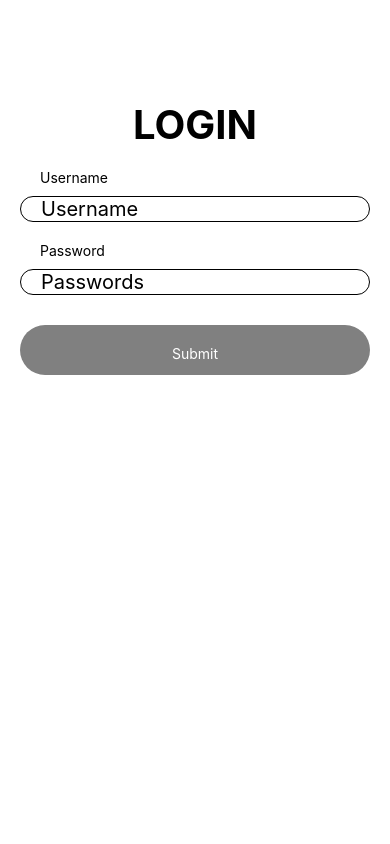
Repository: vietnguyenhoangw/ReactNative-FirstApplication
Screen: /
These files come from the project's save history. The screen is drawn as it stood at one moment and after the next save; the edit follows.
The app was drawn by React Native's web renderer in a window 390 px wide. The project was rebuilt for these pictures with package versions that can differ from the ones it lists, and the page was loaded fresh each time.

Above is the screen before, as saved 2019-12-11 09:49:53.

### App.js
// import thu vien

import React, {Component} from "react"

import {
  View,
  Text,
  StyleSheet,
  TextInput,
  TouchableOpacity,
} from "react-native"

// code class, component : render

class HelloWorld extends Component {

  constructor(props) {
    super(props);

    this.state = {
      username: '',
      password: '',
      text: '',
    }
  }

  click() {
    var Username = "aaa";
    var Password = "bbb";

    if (this.state.username != Username) {
      console.log('Sai username, password')
      this.setState({
        text : "Sai username, password"
      })
    }else {
      if (this.state.password != Password) {
        console.log('Sai username, password')
        this.setState({
          text : "Sai username, password"
        })
      }
      else {
        console.log('Thanh Cong')
        this.setState({
          text : "Thanh cong"
        })
      }
    }
  }

  render() {
    return(
      <View style={styles.viewOnScreen}>

        <View style={styles.viewHeader}>

          <Text style={styles.textTitle}>LOGIN</Text>

        </View>

        <View style={styles.body}>

          <Text style={styles.textUser}>Username</Text>

          <TextInput
            style={styles.textInput}
            placeholder = "Username"
            onChangeText={(text) => this.setState({username:text})}/>

          <Text style={styles.textUser}>Password</Text>

          <TextInput style={styles.textInput}
           placeholder = "Passwords"
           onChangeText={(text) => this.setState({password:text})} />

          <Text style={styles.textUser}>{this.state.text}</Text>

          <TouchableOpacity
            style={styles.btn}
            onPress={() => {this.click()}}>
            <Text style={styles.textBtn}>Submit</Text>
          </TouchableOpacity>

        </View>

      </View>
    );
  }
}

const styles = StyleSheet.create({
  viewOnScreen: {
    width: '100%',
    height: '100%'
  },
  viewHeader: {
      width:'100%',
  },
  textTitle: {
    textAlign:'center',
    marginTop: 100,
    marginBottom: 20,
    fontWeight:'bold',
    fontSize: 40
  },
  textUser: {
    marginLeft: 40,
    marginRight: 20,
    marginBottom: 10,
  },
  textInput:{
    borderRadius:50,
    marginBottom: 20,
    marginLeft: 20,
    marginRight: 20,
    borderWidth:1,
    borderColor: 'black',
    fontSize:20,
    paddingLeft: 20,
    paddingRight: 10
  },
  btn: {
    height:50,
    borderRadius:50,
    backgroundColor:'gray',
    marginLeft: 20,
    marginRight: 20,
    padding:20,
  },
  textBtn: {
    color: 'white',
    textAlign:'center',
  }
});

export default HelloWorld

After the next save:
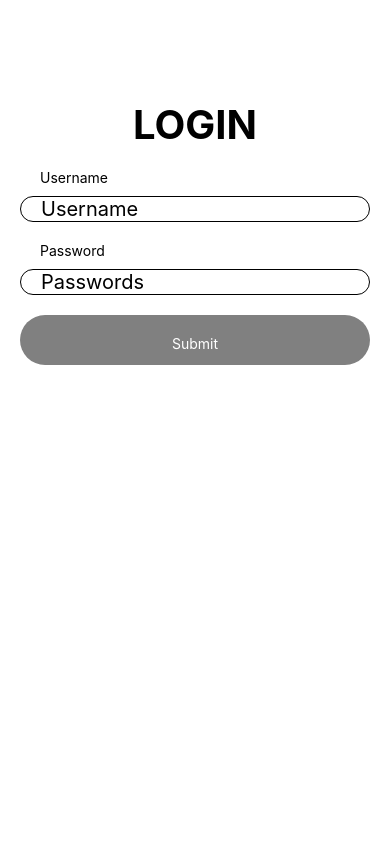
Saved 24 s later.
--- a/App.js
+++ b/App.js
@@ -74,7 +74,7 @@ class HelloWorld extends Component {
            placeholder = "Passwords"
            onChangeText={(text) => this.setState({password:text})} />
 
-          <Text style={styles.textUser}>{this.state.text}</Text>
+          <Text style={styles.textNotification}>{this.state.text}</Text>
 
           <TouchableOpacity
             style={styles.btn}

After the 4 saves that followed:
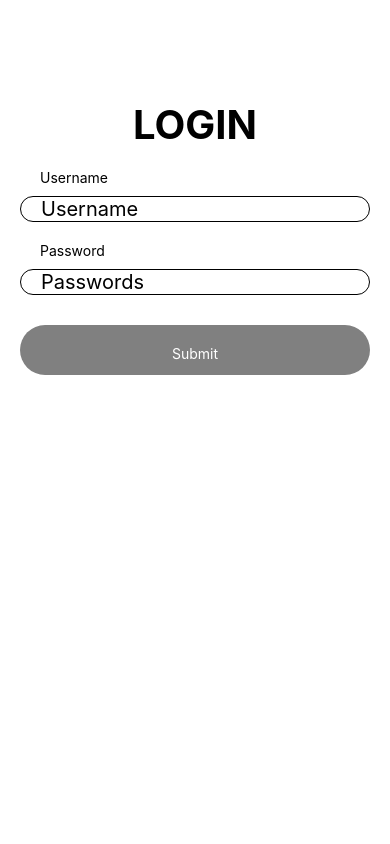
The 4 saves are shown as one change because 2 did not build or start and some came seconds apart.
The last was saved 81 s later.
--- a/App.js
+++ b/App.js
@@ -131,7 +131,13 @@ const styles = StyleSheet.create({
   textBtn: {
     color: 'white',
     textAlign:'center',
-  }
+  },
+  textNotification: {
+    marginLeft: 40,
+    marginRight: 20,
+    marginBottom: 10,
+    color: 'red',
+  },
 });
 
 export default HelloWorld
